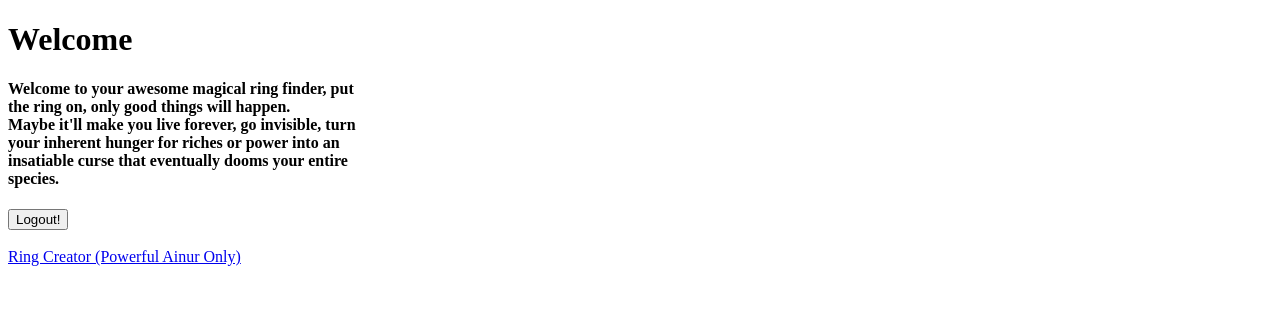
Repository: jshin07/Java
Page: http://localhost/javareviewer/WEB-INF/bind_darkness.jsp
An editor plug-in stored every save of this project. The page is shown before and after the next save, followed by the edit.
The browser window is 1280 px wide. The pictures show the whole page.
The page is served by Tomcat 9. Nobody is signed in. The template is opened directly, without the code that normally fills it, so the values that code supplies are empty.

Above is the page before, as saved 2017-07-25 21:37:59.

After the next save:
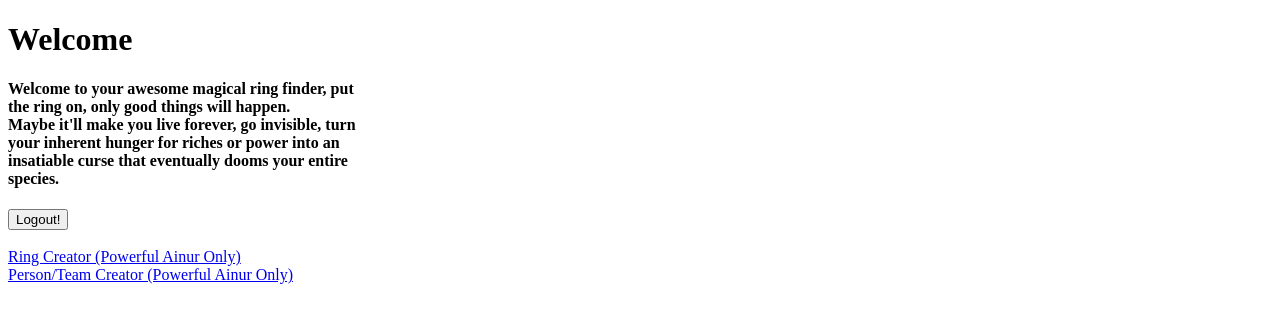
Saved 49 s later.
--- a/SpringTool/javareviewer/src/main/webapp/WEB-INF/bind_darkness.jsp
+++ b/SpringTool/javareviewer/src/main/webapp/WEB-INF/bind_darkness.jsp
@@ -23,7 +23,8 @@
         <input type="submit" value="Logout!" />
     </form>	<br>
 
-    <a href="/ringCreator"> Ring Creator (Powerful Ainur Only)</a>
+    <a href="/ringCreator"> Ring Creator (Powerful Ainur Only)</a>	<br>
+    <a href="/teamCreator"> Person/Team Creator (Powerful Ainur Only)</a>
 
    <!--
     <table border="1">
